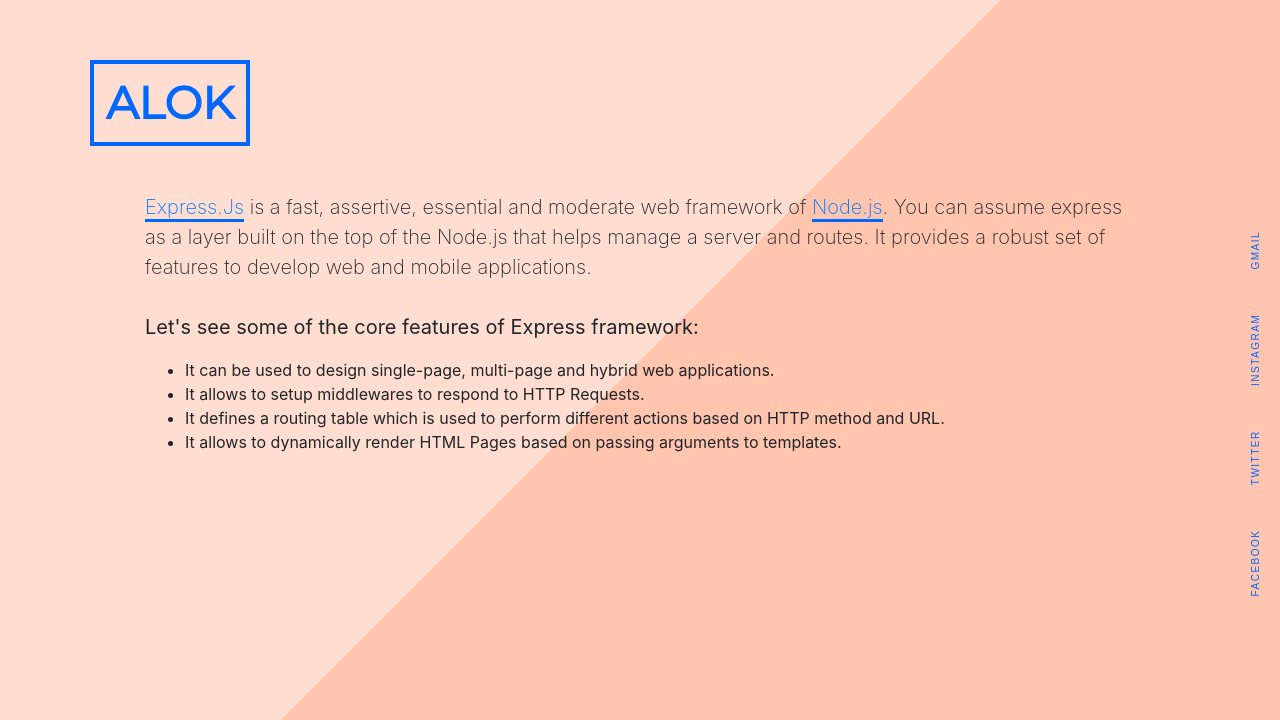
Repository: AalokJadhav/Being_Express.Js
Page: public/Hello_World_Page/index.html
The author's editor kept a copy of each file at every save. The page is drawn from the files as they stood at one save, then again after the next save.
The browser window is 1280 px wide. The pictures show the whole page.
An inner scrolling area shows only its first screen. Some web fonts or font styles are not loaded; a fallback is used.

Above is the page before, as saved 2020-11-10 03:05:57.

After the next save:
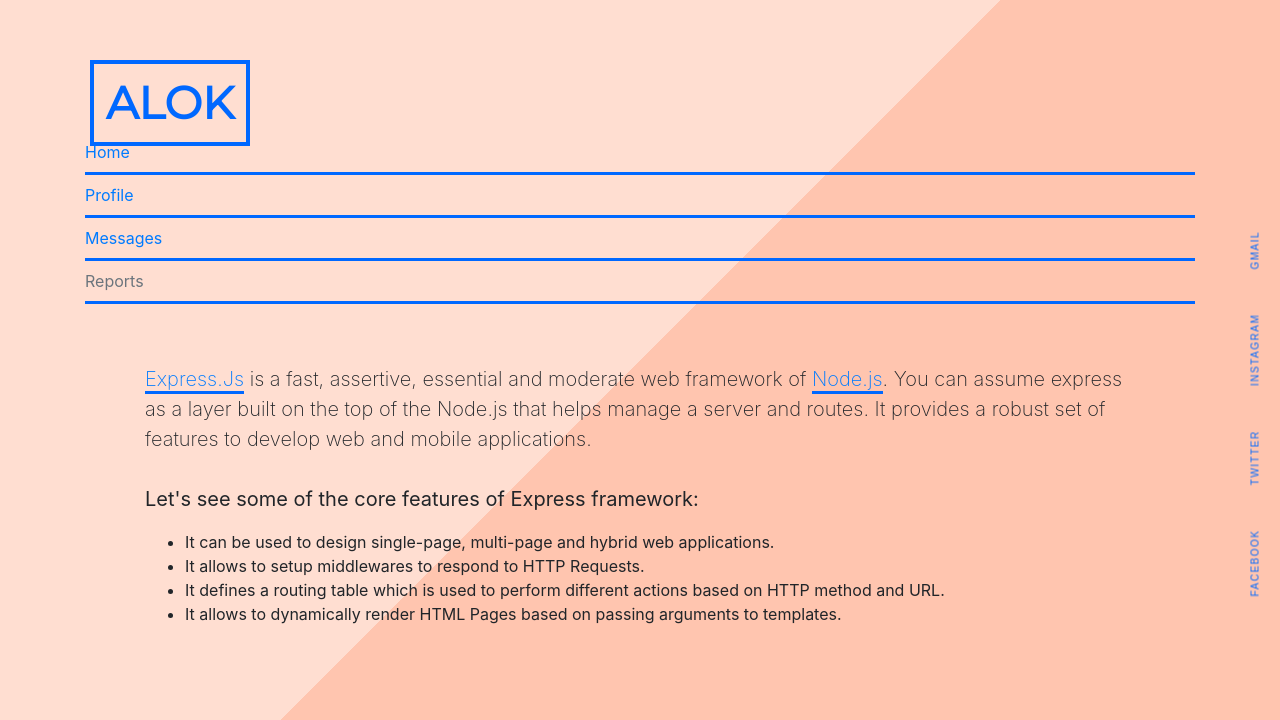
Saved 48 s later.
--- a/public/Hello_World_Page/index.html
+++ b/public/Hello_World_Page/index.html
@@ -42,6 +42,12 @@
     <div class="container">
       <header>
         <h1 class="name">Alok</h1>
+        <div class="navbar-nav">
+          <a href="#" class="nav-item nav-link active">Home</a>
+          <a href="#" class="nav-item nav-link">Profile</a>
+          <a href="#" class="nav-item nav-link">Messages</a>
+          <a href="#" class="nav-item nav-link disabled" tabindex="-1">Reports</a>
+      </div>
       </header>
       <article>
 

After the save that followed:
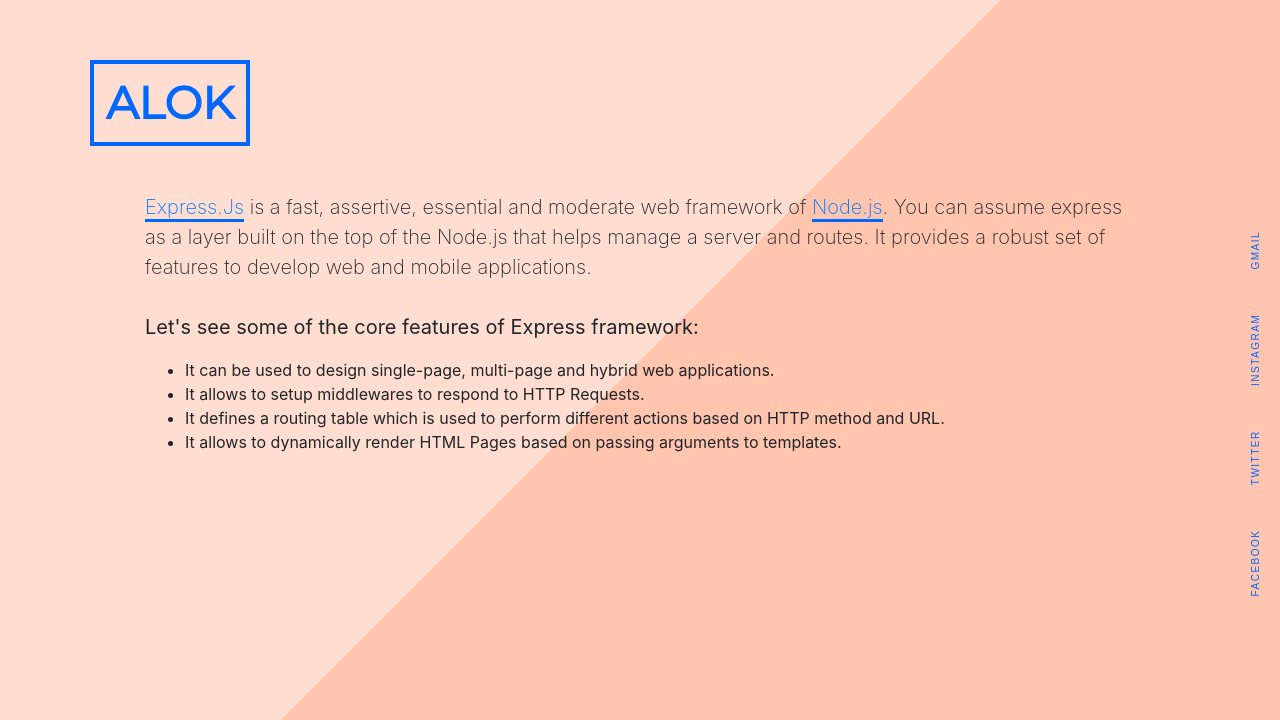
Saved 14 s later.
--- a/public/Hello_World_Page/index.html
+++ b/public/Hello_World_Page/index.html
@@ -42,12 +42,6 @@
     <div class="container">
       <header>
         <h1 class="name">Alok</h1>
-        <div class="navbar-nav">
-          <a href="#" class="nav-item nav-link active">Home</a>
-          <a href="#" class="nav-item nav-link">Profile</a>
-          <a href="#" class="nav-item nav-link">Messages</a>
-          <a href="#" class="nav-item nav-link disabled" tabindex="-1">Reports</a>
-      </div>
       </header>
       <article>
 
